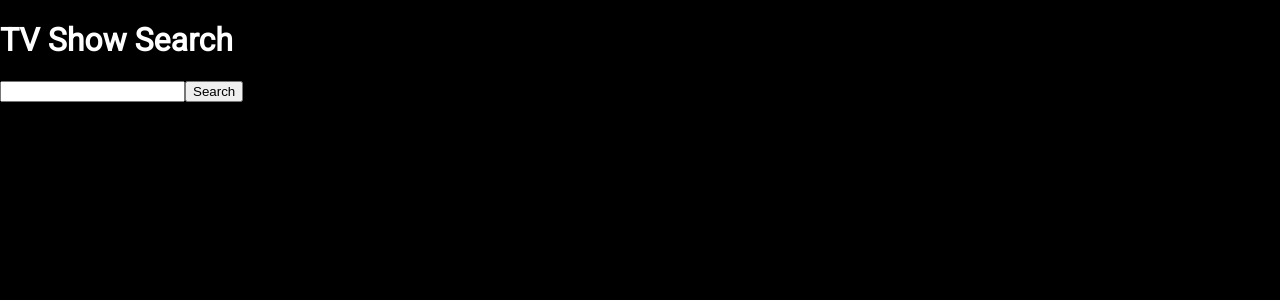
Repository: shayanabedi98/tv-search-react
Page: /
These files come from the project's save history. The page is drawn as it stood at one moment and after the next save; the edit follows.
The browser window is 1280 px wide. The pictures show the whole page.
The project was rebuilt for these pictures with package versions that can differ from the ones it lists, and the page was loaded fresh each time. Also part of the build but not shown: vite.config.js.

Above is the page before, as saved 2024-01-02 02:22:55.

### index.html
<!doctype html>
<html lang="en">
  <head>
    <meta charset="UTF-8" />
    <link rel="icon" type="image/svg+xml" href="https://www.svgrepo.com/show/503669/tv.svg" />
    <meta name="viewport" content="width=device-width, initial-scale=1.0" />
    <title>TV Show Search | React</title>
  </head>
  <body>
    <div id="root"></div>
    <script type="module" src="/src/main.jsx"></script>
  </body>
</html>

### src/App.jsx
import { useState } from "react";
import { v4 as uuid } from "uuid";
import List from "./List";
import Search from "./Search";

function App() {
  const [input, setInput] = useState();
  const [showList, setShowList] = useState([]);

  const fetchShow = async () => {
    try {
      if (input) {
        const response = await fetch(
          `https://api.tvmaze.com/search/shows?q=${input}`
        );
        const responseJson = await response.json();
        let newList = [];
        for (let i = 0; i < responseJson.length; i++) {
          if (responseJson[i].show.image) {
            newList.push({
              id: uuid(),
              name: responseJson[i].show.name,
              img: responseJson[i].show.image.medium,
              language: responseJson[i].show.language,
              rating: responseJson[i].show.rating.average,
            });
          }
        }
        setShowList(newList);
        console.log(responseJson);
      }
    } catch (err) {
      console.log(err);
    }
  };

  const handleChange = (e) => {
    setInput(e.target.value);
  };

  return (
    <div>
      <Search fetchShow={fetchShow} input={input} handleChange={handleChange} />
      <List showList={showList} />
    </div>
  );
}

export default App;

### src/index.css
@import url('https://fonts.googleapis.com/css2?family=Roboto&display=swap');

body {
  font-family: 'Roboto', sans-serif;
  margin: 0;
  padding: 0;
  background-color: black;
  color: white;
}

.search h1 {

}

### src/List.jsx
import React from "react";

const List = ({ showList }) => {
  return (
    <div className="list">
      {showList.length > 0 &&
        showList.map((show) => {
          return (
            <div className="card" key={show.id}>
              <h2>{show.name}</h2>
              <img src={show.img} alt={`cover photo of ${show.name}`} />
              <p>
                <span>Language: </span>
                {show.language}
              </p>
              <p>{show.rating ? `Rating: ${show.rating}⭐` : "Rating: N/A"}</p>
            </div>
          );
        })}
    </div>
  );
};

export default List;

### src/Search.jsx
import React from "react";

const Search = ({ fetchShow, input, handleChange }) => {
  return (
    <div className="search">
        <h1>TV Show Search</h1>
      <div className="search-bar">
        <input
          required
          type="text"
          onKeyDown={(e) => e.key === "Enter" && fetchShow()}
          onChange={handleChange}
          value={input}
        />
        <button onClick={fetchShow}>Search</button>
      </div>
    </div>
  );
};

export default Search;

Loaded but not shown: src/main.jsx (common file)

After the next save:
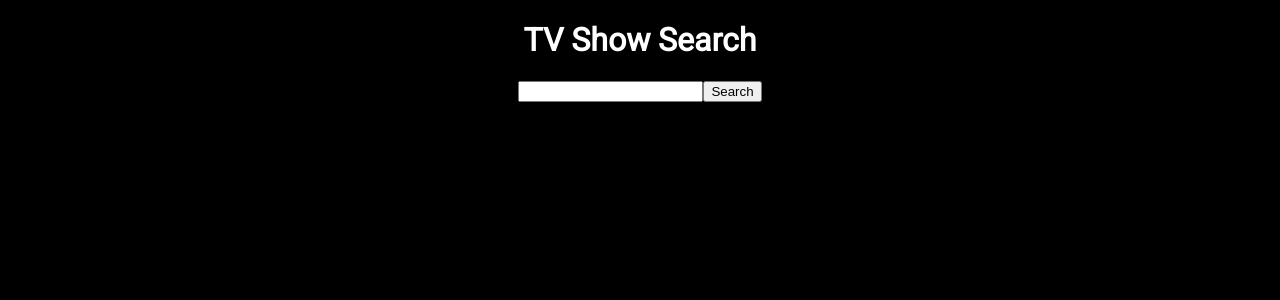
Saved 12 s later.
--- a/src/index.css
+++ b/src/index.css
@@ -6,8 +6,9 @@ body {
   padding: 0;
   background-color: black;
   color: white;
+  text-align: center
 }
 
 .search h1 {
-
+  font-size: ;
 }
